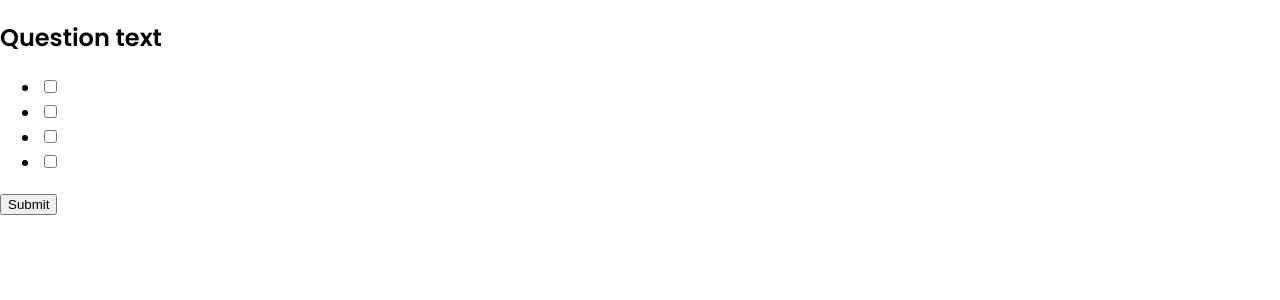
Repository: kate30980/projects-js-practice
Page: quiz-app/index.html
These files come from the project's save history. The page is drawn as it stood at one moment and after the next save; the edit follows.
The browser window is 1280 px wide. The pictures show the whole page.

Above is the page before, as saved 2021-09-05 21:46:42.

### quiz-app/index.html
<!DOCTYPE html>
<html lang="en">

<head>
    <meta charset="UTF-8" />
    <meta name="viewport" content="width=device-width, initial-scale=1.0" />
    <title>Title</title>
    <link rel="stylesheet" href="style.css" />
    <script src="script.js" defer></script>
</head>

<body>
    <div class="quiz-container">
        <h2>Question text</h2>
        <ul>
            <li><input type="checkbox"><label for=""></label></li>
            <li><input type="checkbox"><label for=""></label></li>
            <li><input type="checkbox"><label for=""></label></li>
            <li><input type="checkbox"><label for=""></label></li>
        </ul>
        <button>Submit</button>
    </div>
</body>

</html>

### quiz-app/style.css
@import url("https://fonts.googleapis.com/css2?family=Poppins:wght@200;400;600&display=swap");

* {
    box-sizing: border-box;
}

body {
    font-family: "Poppins", sans-serif;
    margin: 0;
}

### quiz-app/script.js
const quizData = [
  {
    question: "How old is Kate?",
    a: "10",
    b: "17",
    c: "21",
    d: "20",
    correct: "c",
  },
  {
    question: "What is the best programming language?",
    a: "Javascript",
    b: "Python",
    c: "C++",
    d: "PHP",
    correct: "a",
  },
  {
    question: "Who is the president of US?",
    a: "Kate Le",
    b: "Donald Trump",
    c: "Barack Obama",
    d: "Bill Clinton",
    correct: "a",
  },
  {
    question: "Kate is the best girl in the world",
    a: "Damn true",
    b: "This is a correct answer",
    c: "Aboslutely",
    d: "Dont need to ask this stupid question",
    correct: "a",
  },
  {
    question: "What year was Javascript launch",
    a: "2020",
    b: "2019",
    c: "1995",
    d: "None of the above",
    correct: "c",
  },
];

After the next save:
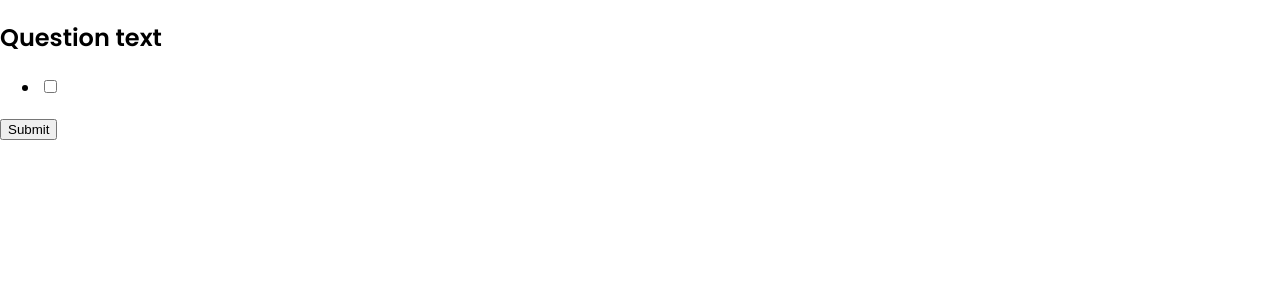
Saved 55 s later.
--- a/quiz-app/index.html
+++ b/quiz-app/index.html
@@ -13,10 +13,11 @@
     <div class="quiz-container">
         <h2>Question text</h2>
         <ul>
-            <li><input type="checkbox"><label for=""></label></li>
-            <li><input type="checkbox"><label for=""></label></li>
-            <li><input type="checkbox"><label for=""></label></li>
-            <li><input type="checkbox"><label for=""></label></li>
+            <li>
+                <input type="checkbox" id="a">
+                <label for=""></label>
+            </li>
+
         </ul>
         <button>Submit</button>
     </div>
